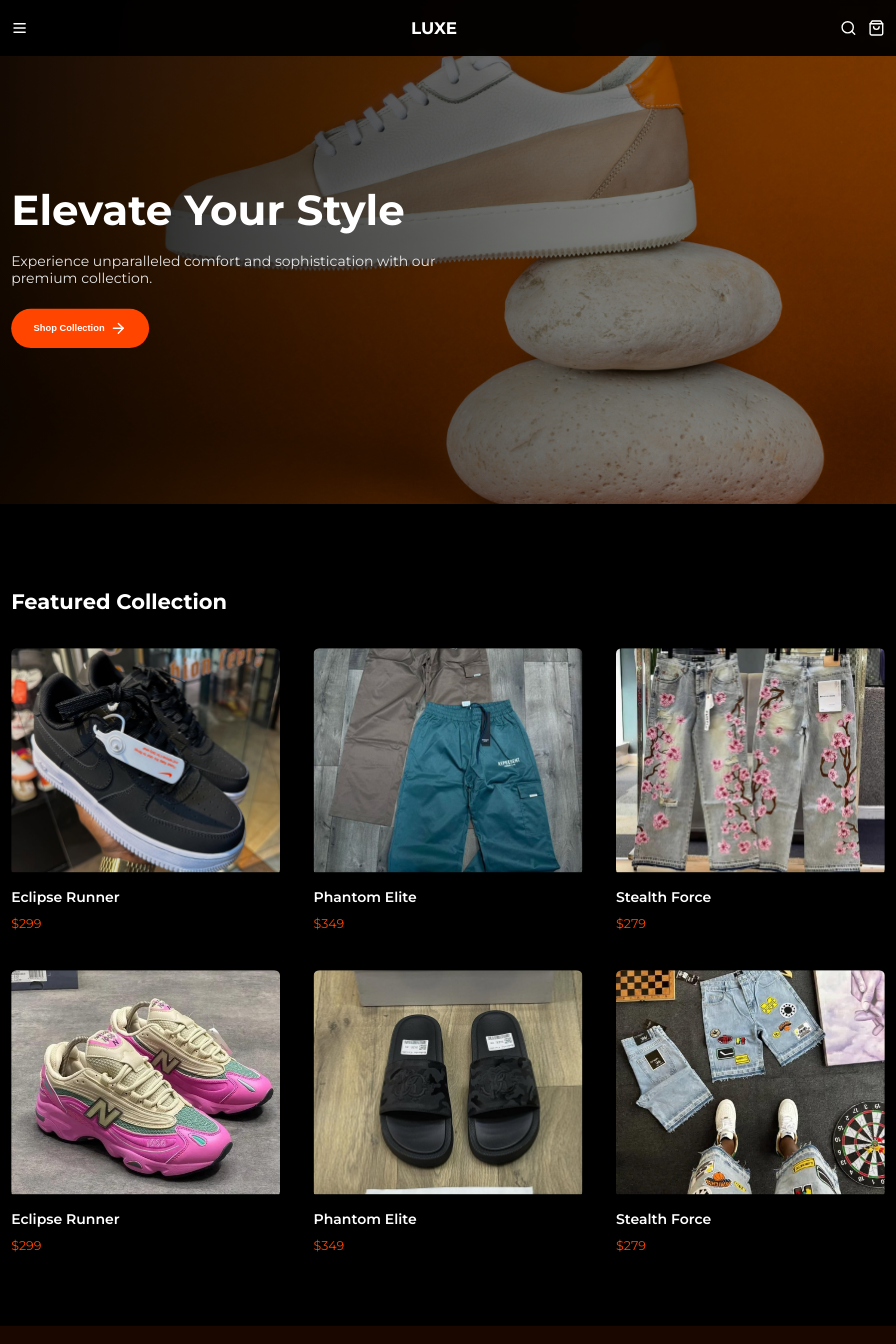
Repository: EphrahimLaanyu123/shoestore
Page: /
The author's editor kept a copy of each file at every save. The page is drawn from the files as they stood at one save, then again after the next save.
The browser window is 1280 px wide. The pictures show the part of the page from y = 0 to 1920 px (the page is 2649 px tall before and 2653 px after), at 70% of full size.
Some web fonts or font styles are not loaded; a fallback is used. The project was rebuilt for these pictures with package versions that can differ from the ones it lists, and the page was loaded fresh each time. Also part of the build but not shown: vite.config.js, vite.config.ts.

Above is the page before, as saved 2025-03-28 07:54:29.

After the next save:
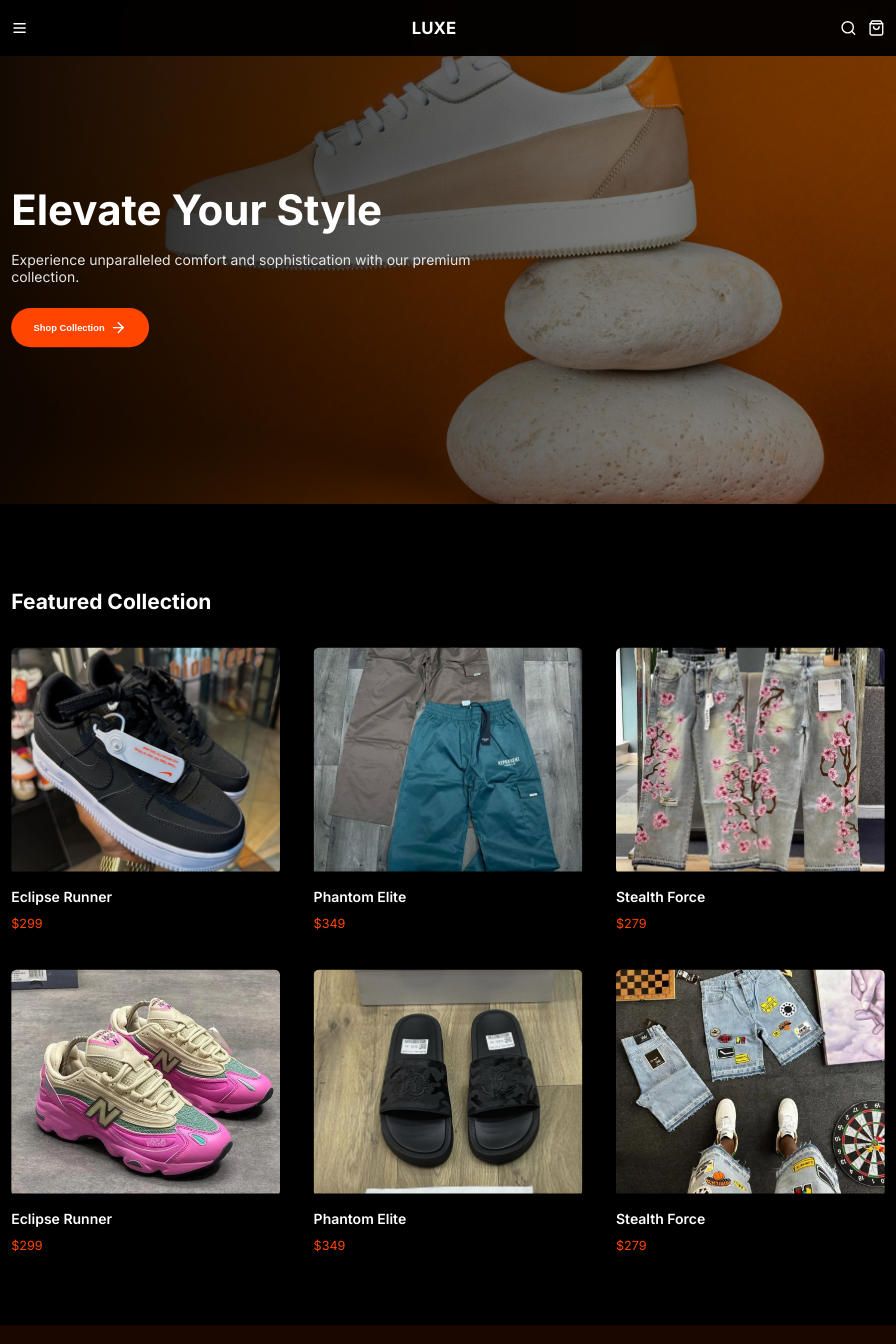
Saved 23 s later.
--- a/src/App.css
+++ b/src/App.css
@@ -2,6 +2,6 @@
 
 .app {
     /* font-family: "Yuji Syuku", serif; */
-    font-family: "Montserrat", sans-serif;
+    /* font-family: "Montserrat", sans-serif; */
 
 }
